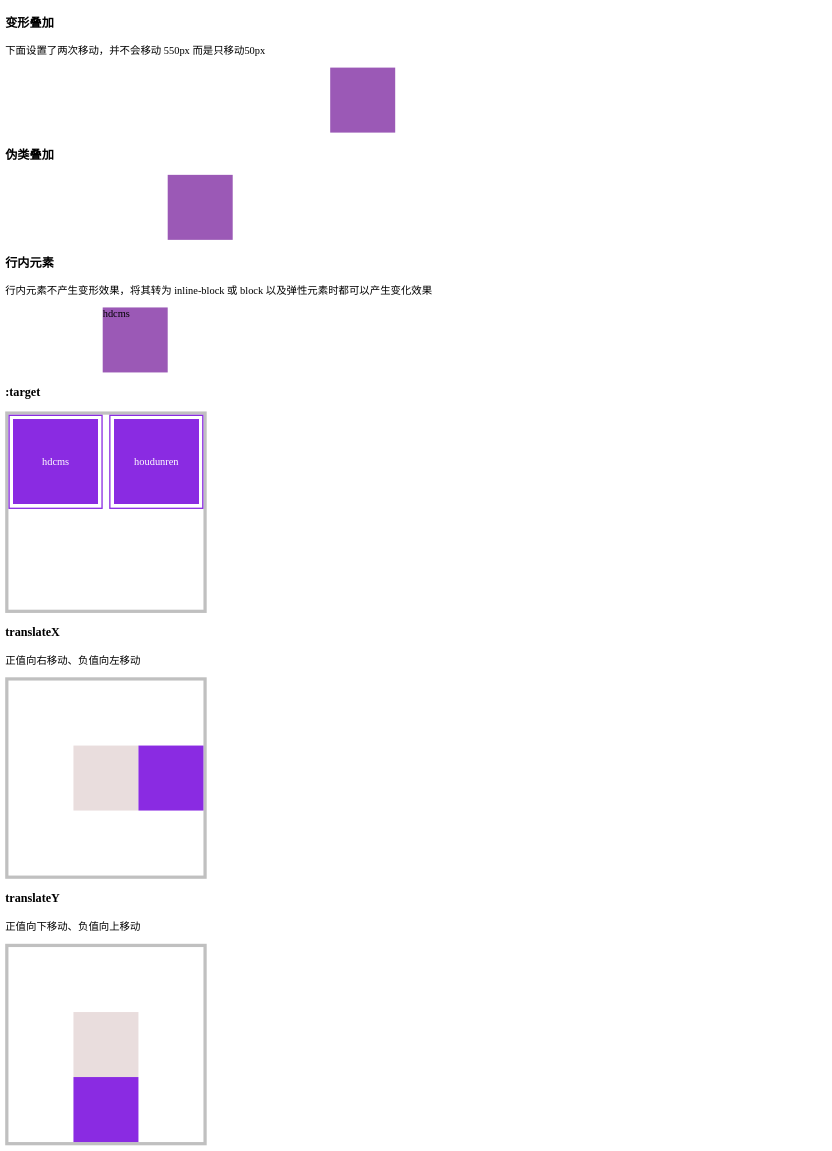
Repository: Aissd/animateDemo
Page: translate.html
The author's editor kept a copy of each file at every save. The page is drawn from the files as they stood at one save, then again after the next save.
The browser window is 1280 px wide. The pictures show the whole page, at 65% of full size.

Above is the page before, as saved 2020-05-11 22:02:14.

After the next save:
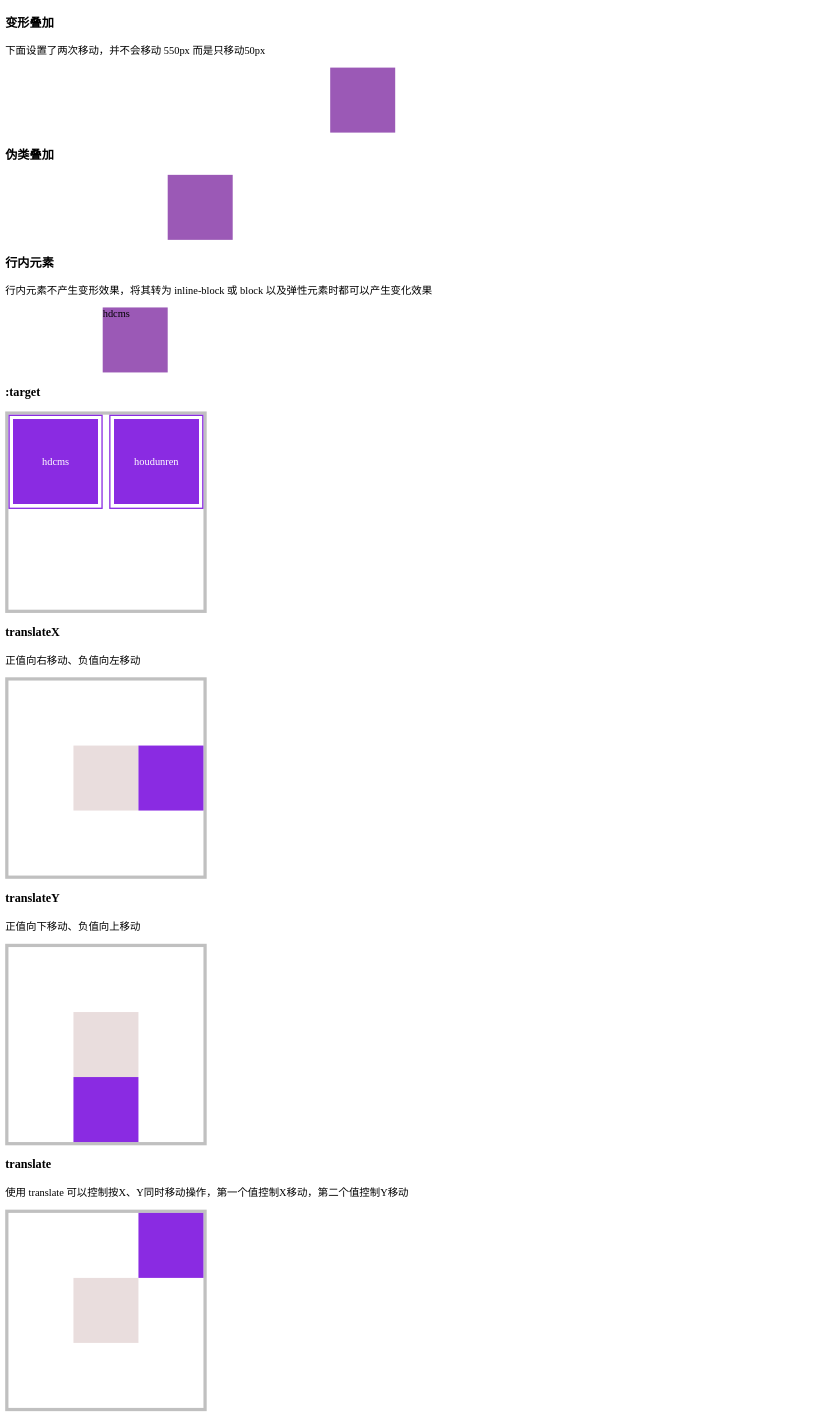
Saved 15 min 27 s later.
--- a/translate.html
+++ b/translate.html
@@ -56,6 +56,15 @@
                 <div></div>
             </article>
         </section>
+
+        <section class="demo-section">
+            <h3>translate</h3>
+            <p>使用 translate 可以控制按X、Y同时移动操作，第一个值控制X移动，第二个值控制Y移动</p>
+            <article class="demo07">
+                <div></div>
+                <div></div>
+            </article>
+        </section>
     </div>
 </body>
 </html>
--- a/css/translate.css
+++ b/css/translate.css
@@ -132,3 +132,30 @@
 .demo06 div:nth-child(2) {
 	transform: translateY(100px);
 }
+
+.demo07 {
+    width: 300px;
+    height: 300px;
+    position: relative;
+    border: solid 5px silver;
+}
+
+.demo07 div {
+    width: 100px;
+    height: 100px;
+    background: blueviolet;
+    box-sizing: border-box;
+    position: absolute;
+    left: 50%;
+    margin-left: -50px;
+    top: 50%;
+    margin-top: -50px;
+}
+
+.demo07 div:nth-child(1) {
+    background: #e9dddd;
+}
+
+.demo07 div:nth-child(2) {
+	transform: translate(100px, -100px);
+}
